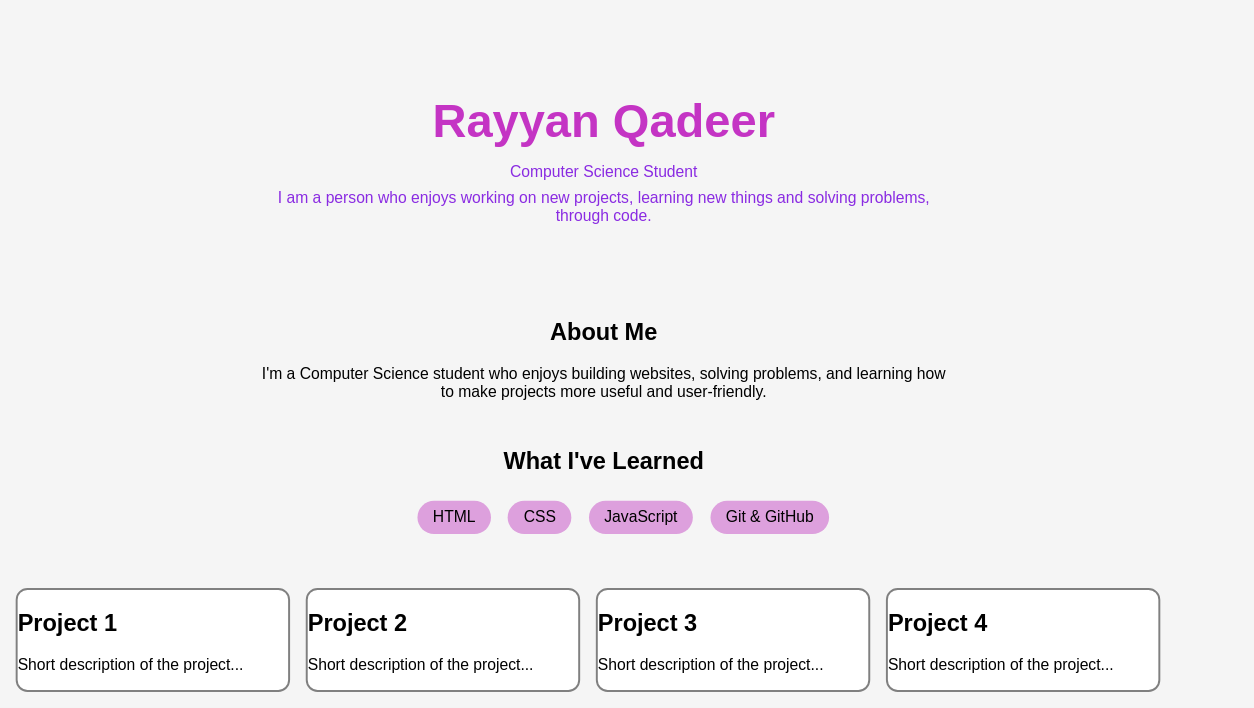
Repository: rayyan-qadeer/rayyan-qadeer
Page: index.html
The author's editor kept a copy of each file at every save. The page is drawn from the files as they stood at one save, then again after the next save.
The browser window is 1280 px wide. The pictures show the whole page, at 98% of full size.

Above is the page before, as saved 2026-05-06 03:10:22.

### index.html
<!doctype html>
<html lang="en">
  <head>
    <meta charset="UTF-8" />
    <meta name="viewport" content="width=device-width, initial-scale=1.0" />
    <title>Rayyan Qadeer Portfolio</title>
    <link rel="stylesheet" href="./styles/globals.css" />
    <link rel="stylesheet" href="./styles/index.css" />
  </head>
  <body>
    <main>
      <header>
        <h1>Rayyan Qadeer</h1>
        <p class="subtitle">Computer Science Student</p>
        <p class="description">
          I am a person who enjoys working on new projects, learning new things and solving problems, through code.
        </p>
      </header>

      <section class ="about">
        <h2>About Me</h2>
        <p>I'm a Computer Science student who enjoys building websites, solving problems, and learning how to make projects more useful and user-friendly.
        </p>
      </section>

      <section class ="skills">
        <h2>What I've Learned</h2>
        <ul>
          <li>HTML</li>
          <li>CSS</li>
          <li>JavaScript</li>
          <li>Git & GitHub</li>
        </ul>
      </section>

      <section class="projects">
        <article class="card">
          <h2>Project 1</h2>
          <p>Short description of the project...</p>
        </article>

        <article class="card">
          <h2>Project 2</h2>
          <p>Short description of the project...</p>
        </article>

        <article class="card">
          <h2>Project 3</h2>
          <p>Short description of the project...</p>
        </article>

        <article class="card">
          <h2>Project 4</h2>
          <p>Short description of the project...</p>
        </article>
      </section>
    </main>
  </body>
</html>

### styles/globals.css
body {
    margin: 0rem;
    font-family: Arial, Helvetica, sans-serif;
    background-color: whitesmoke;
    color: black;
}

### styles/index.css
main {
  padding: 1rem;
  max-width: 1200px;
  margin: 0rem;
}

header {
  text-align: center;
  margin-bottom: 3rem;
  padding: 3rem 1rem;
}

header h1 {
  font-size: 3rem;
  margin-bottom: 0.5rem;
  color: rgb(196, 52, 196);
}

.subtitle {
  color: blueviolet;
  margin-bottom: 0.5rem;
}

.description {
  max-width: 43.75rem;
  margin: 0 auto;
  color: blueviolet;
}

.about,
.skills {
  text-align: center;
  max-width: 43.75rem;
  margin: 3rem auto;
}

.skills li {
  display: inline-block;
  margin: 0.4rem;
  padding: 0.5rem 1rem;
  background-color: plum;
  border-radius: 1.25rem;
}

.projects {
  display: flex;
  flex-direction: column;
  gap: 1rem;
}

.card {
  background-color: white;
  padding: rem;
  border-radius: 12px;
  border: 2px solid gray;
}

.card:hover {
  transform: translateY(-4px);
  background-color: plum;
}

@media (min-width: 768px) {
  .projects {
    flex-direction: row;
    flex-wrap: wrap;
  }

  .card {
    width: 48%;
  }
}

@media (min-width: 1024px) {
  .card {
    width: 23%;
  }
}

After the next save:
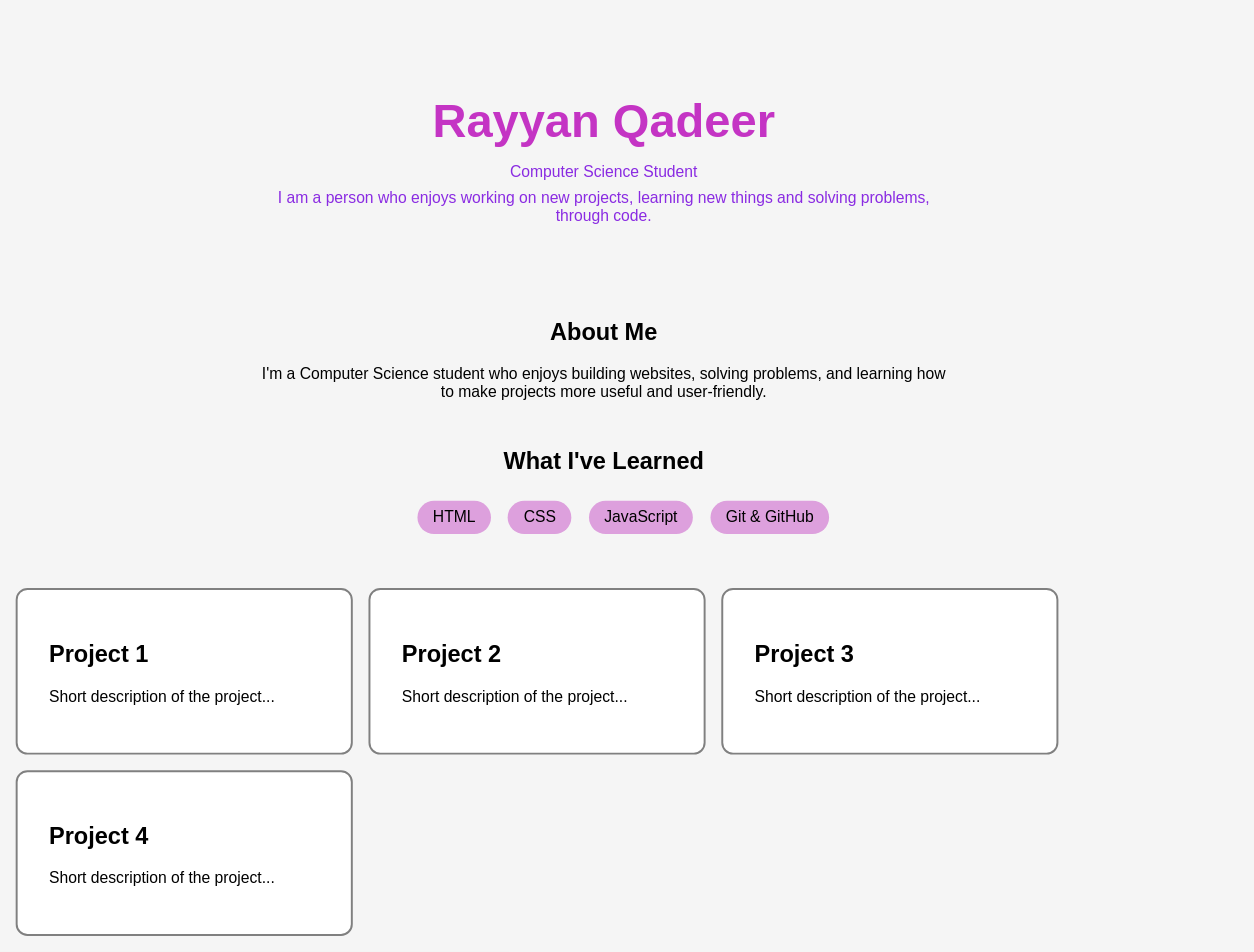
Saved 5 s later.
--- a/styles/index.css
+++ b/styles/index.css
@@ -50,7 +50,7 @@ header h1 {
 
 .card {
   background-color: white;
-  padding: rem;
+  padding: 2rem;
   border-radius: 12px;
   border: 2px solid gray;
 }
